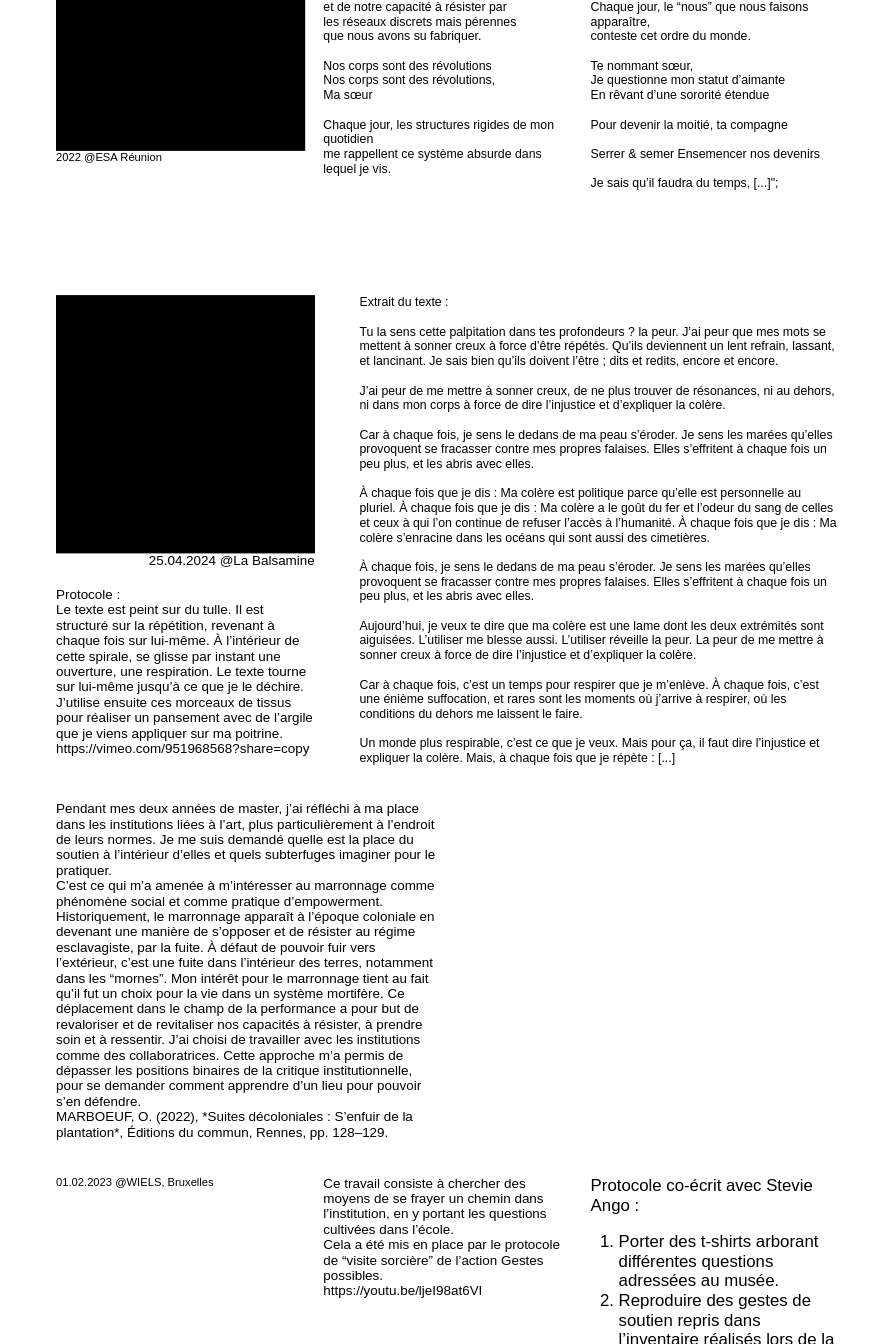
Repository: brunrhb/oce-p
Page: index.html
The author's editor kept a copy of each file at every save. The page is drawn from the files as they stood at one save, then again after the next save.
The browser window is 1280 px wide. The pictures show the part of the page from y = 1392 to 3312 px (the page is 4769 px tall), at 70% of full size.

Above is the page before, as saved 2025-06-14 17:37:42.

### index.html
<!DOCTYPE html>
<html lang="fr">
<head>
  <meta charset="UTF-8">
  <meta name="viewport" content="width=device-width, initial-scale=1.0">
  <title>Grid 3 colonnes avec placeholders</title>
  <link rel="stylesheet" href="styles.css">
  <script defer src="content.js"></script>
</head>
<body>

<div class="allproject">

<section PROJET 1 LIASONS VEGETALES>

  <div class="p1">
    <div class="grid-p1s1" id="partie1">

<div class="col-p1s1-1">
  <div class="media-block-p1s1">
    <div class="placeholder-p1s1"></div>
    <p class="credit" data-content="p1s1-credit1"></p>
  </div>

  <div class="media-block-p1s1">
    <div class="placeholder-p1s1"></div>
    <p class="credit" data-content="p1s1-credit2"></p>
  </div>
</div>

    <div class="col-p1s1-2">
      <div class="media-block-p1s1">
        <div class="placeholder-p1s1"></div>
        <p class="credit" data-content="p1s1-credit3"></p>
      </div>
      <div class="media-block-p1s1">
        <div class="placeholder-p1s1"></div>
        <p class="credit" data-content="p1s1-credit4"></p>
      </div>
    </div>

    <div class="col-p1s1-3">
      <div class="media-block-p1s1">
        <div class="placeholder-p1s1"></div>
        <p class="credit" data-content="p1s1-credit5"></p>
      </div>
     <div class="text-block-p1s1">
       <p class="protocole-titre" data-content="p1s1-protocole-titre"></p>
       <p class="protocole-corps" data-content="p1s1-protocole-corps"></p>
    </div>

  </div>

    </div>
    <div class="grid-p1s2" id="partie2">

  <div class="col-p1s2-1">
    <div class="media-block-p1s2-1">
    <div class="placeholder-p1s1"></div>
      <div class="media-block-p1s2-2">
      <div class="placeholder-p1s1"></div>
      <p class="credit" data-content="p1s2-credit"></p>
    </div>
    </div>
  </div>

  <div class="col-p1s2-2">
      <div class="text-block-p1s2">
        <p class="extrait" data-content="p1s2-extrait1"></p>
      </div>
  </div>

  <div class="col-p1s2-3">
      <div class="text-block-p1s2">
        <p class="extrait" data-content="p1s2-extrait2"></p>
      </div>

  </div>



    </div>
  </div>

</section>

<section PROJET 2 PAENSER>

  <div class="p2">
    <div class="grid-p2">

       <div class="col-p2-1">
        <div class="media-block-p2">
          <div class="placeholder-p2"></div>
          <div class="credit-p2" data-content="p2-credit"></div>
        </div>
        <div class="text-block-p2">
          <div class="protocole-titre-p2" data-content="p2-protocole-titre"> </div>
          <div class="protocole-corps-p2" data-content="p2-protocole-corps"> </div>
          <div class="lien-p2" data-content="p2-lien"> </div>
        </div>
       </div>

       <div class="col-p2-2">
          <div class="extrait" data-content="p2-extrait"></div>
       </div>



    </div>
  </div>

</section>

<section RPOJET 3 DES NORMES AUX MORNES : MARRONNER EN SOI>

  <div class="p3">
    <div class="grid-p3">
      <div class="col-p3-1">
        <div class="text-block-p3-1">
          <div class="intro" data-content="p3-intro"></div>
          <div class="autre-corps" data-content="p3-autre-corps-1"> </div>
          <div class="biblio" data-content="p3-biblio"> </div>
        </div>
      </div>

      <div class="col-p3-2">
        <div class="text-block-p3-2">
          <div class="autre-corps" data-content="p3-autre-corps-1"> </div>
          <div class="media-block-p3">
            <div class="placeholder-p3"></div>
            <div class="placeholder-p3"></div>
          </div>

        </div>
      </div>

    </div>
  </div>



</section>

<section PROJET 4 GESTES POSSIBLEs>

<div class="p4">

<div class="grid-p4">

  <div class="col-p4-1">
    <div class="media-block-p4-1">
      <div class="credit" data-content="p4-credit"></div>
      <div class="placeholder-p4-1"></div>
    </div>
  </div>


  <div class="col-p4-2">
    <div class="placeholder-p4-2"></div>
    <div class="text-block-p4-1">
      <div class="intro" data-content="p4-intro"></div>
      <div class="autre-corps" data-content="p4-autre-corps-1"></div>
      <div class="lien" data-content="p4-lien"></div>
    </div>

  </div>


  <div class="col-p4-3">
    <div class="text-block-p4-2">
      <div class="protocole-titre" data-content="p4-protocole-titre"></div>
    </div>
  </div>

</div>

</div>

</section>

<section PROJET 5 LES MARGES FORCÉES>

  <div class="p5">
    <div class="grid-p5">

      <div class="col-p5-1">
        <div class="media-block-p5">
          <div class="placeholder-p5"></div>
          <div class="credit" data-content="p5-credit"></div>
        </div>
        <div class="text-block-p5-1">
        <div class="intro" data-content="p5-intro"></div>
        <div class="autre-corps" data-content="p5-autre-corps-1"></div>
        <div class="lien" data-content="p5-lien"></div>
        </div>
      </div>

      <div class="col-p5-2">
        <div class="extrait" data-content="p5-extrait"></div>
      </div>

    </div>
  </div>

</section>

<section PROJET 6 HIER C'EST DÉJÀ DEMAIN>

<div class="p6">
<div class="grid-p6">

  <div class="col-p6-1">
    <div class="media-block-p6-1">
      <div class="placeholder-p6-1"></div>
      <div class="credit" data-content="p6-credit-1"></div>
    </div>

    <div class="col-p6-2">
      <div class="autre-corps" data-content="p6-autre-corps-1"></div>
      <div class="text-block-p6-1">
        <div class="autre-corps" data-content="p6-autre-corps-2"></div>
        <div class="media-block-p6-2">
          <div class="placeholder-p6-2"></div>
          <div class="credit" data-content="p6-credit-2"></div>
        </div>
      </div>

    </div>

  </div>

</div>

</div>

</section>

<section PROJET 7 NOUS SOMMES LE PAYSAGE >

<div class="p7">

  <div class="grid-p7s1" id="partie1">

    <div class="col-p7s1">
      <div class="media-block-p7s1">
        <div class="placeholder-p7s1"></div>
        <div class="placeholder-p7s1"></div>
        <div class="placeholder-p7s1"></div>
        <div class="credit" data-content="p7s1-credit"></div>
      </div>

          <div class="col-p7s1">
        <div class="placeholder-p7s1"></div>
        <div class="placeholder-p7s1"></div>
        <div class="placeholder-p7s1"></div>
    </div>

              <div class="col-p7s1">
        <div class="placeholder-p7s1"></div>
        <div class="placeholder-p7s1"></div>
        <div class="placeholder-p7s1"></div>
    </div>

    <div class="grid-p7s2" id="partie2">

      <div class="row-p7s2-1">
        <div class="placeholder-p7s2"></div>
        <div class="placeholder-p7s2"></div>
        <div class="placeholder-p7s2"></div>
        <div class="media-block-p7s2">
          <div class="placeholder-p7s2"></div>
          <div class="credit" data-content="p7s2-credit-1"></div>
        </div>

      <div class="row-p7s2-2">
        <div class="text-block-p7s2-1">
          <div class="extrait" data-content="p7s2-extrait1"></div>
          <div class="credit" data-content="p7s2-credit-2"></div>
        </div>
        <div class="text-block-p7s2-2">
          <div class="extrait" data-content="p7s2-extrait2"></div>
        </div>
        <div class="text-block-p7s2-3">
          <div class="trait"></div>
          <div class="protocole-titre" data-content="p7s2-protocole-titre"></div>
          <div class="protocole-corps" data-content="p7s2-protocole-corps"></div>
        </div>
      </div>


      </div>
    </div>

  </div>

</div>

</section>

<section PROJET 8 NYAZE>

<div class="p8">

<div class="grid-p8">

  <div class="col-p8-1">
    <div class="text-block-p8">
      <div class="extrait" data-content="p8-extrait"></div>
      <div class="trait"></div>
      <div class="protocole-titre" data-content="p8-protocole-titre"></div>
      <div class="protocole-corps" data-content="p8-protocole-corps"></div>
    </div>
  </div>

  <div class="col-p8-2">
    <div class="media-block-p8">
      <div class="placeholder-p8"></div>
      <div class="credit" data-content="p8-credit"></div>
    </div>
  </div>

</div>

</div>

</section>

 </div>

</body>
</html>

### styles.css
body {
  margin: 0;
  font-family: sans-serif;
  font-size: clamp(0.9rem, 1.5vw, 1.2rem);
}

.allproject {
  display: flex;
  flex-direction: column;
  justify-content: flex-start;
  gap: 4vw;
}


/* #region PROJET1 LIASONS VEGETALES */
.p1 {
  display: flex;
  flex-direction: column;
  justify-content: flex-start;
  gap: 4vw;
}


/* #region slide1 */

/* 1 grille et colonnes */
.grid-p1s1 {
  display: grid;
  grid-template-columns: 1fr 1fr 1fr;
  padding-top: 5rem;
  padding-left: 5rem;
  padding-right: 5rem;
  column-gap: 2vw;
}

.col-p1s1-1 {
  display: flex;
  flex-direction: column;
  justify-content: flex-start;
  gap: 2vw;
  background-color: crimson;
}

.col-p1s1-2 {
  display: flex;
  flex-direction: column;
  justify-content: flex-start;
  gap: 2vw;
  background-color: royalblue;
}

.col-p1s1-3 {
  display: flex;
  flex-direction: column;
  justify-content: flex-start;
  gap: 2vw;
  background-color: seagreen;
}


/* 2 blocks et elements */
.media-block-p1s1 {
  display: block;
  width: 100%;
}

.placeholder-p1s1 {
  aspect-ratio: 1 / 1;
  width: 100%;
  background-color: black;
}

.credit {
  position: absolute;
  font-size: 1rem;
  line-height: 1.2;
  margin: 0;
  z-index: 10;
}

.text-block-p1s1 {
  display: flex;
  flex-direction: column;
  justify-content: flex-end;
  width: 100%;
  aspect-ratio: 1 / 1;
  background-color: white;
  padding: 0;
  margin: 0;
  gap: 0;
}

.protocole-titre {
  font-size: 1.5rem;
  margin: 0;
  padding: 0;
}

.protocole-corps {
  font-size: 1.1rem;
  margin: 0;
  padding: 0;
}

/* #endregion */


/* #region slide2 */

/* 1 grille et colonnes */
.grid-p1s2 {
  display: grid;
  grid-template-columns: 1fr 1fr 1fr;
  padding-bottom: 5rem;
  padding-left: 5rem;
  padding-right: 5rem;
  column-gap: 2vw;
}

.col-p1s2-1 {
  display: flex;
  flex-direction: column;
  justify-content: flex-start;
  gap: 20vw;
}

.col-p1s2-2 {
  display: flex;
}

.col-p1s2-3 {
  display: flex;
}


/* 2 blocks et elements */
.media-block-p1s2-1 {
  display: flex;
  flex-direction: column;
  gap: 2vw;
  position: relative;
  width: 100%;
}

.media-block-p1s2-2 {
  display: block;
  position: relative;
  width: 100%;
}

.text-block-p1s2 {
  gap: 0;
}

.extrait {
  font-size: 1.1rem;
}

/* #endregion */

/* #endregion */


/* #region P2 PAENSER */


.p2 {
  display: flex;
  flex-direction: column;
  justify-content: flex-start;
}

/* 1 grille et colonnes */
.grid-p2 {
  display: grid;
  grid-template-columns: 0.7fr 1.3fr;
  padding-left: 5rem;
  padding-right: 5rem;
  column-gap: 5vw;
}
.col-p2-1 {
  display: flex;
  flex-direction: column;
  justify-content: flex-start;
  gap: 2vw;
}
.col-p2-2 {
  display: flex;
  flex-direction: column;
  justify-content: flex-start;
  gap: 2vw;
}

/* 2 blocks et elements */
.media-block-p2 {
  display: block;
  width: 100%;

}
.placeholder-p2 {
  aspect-ratio: 1 / 1;
  width: 100%;
  background-color: black;
}
.credit-p2 {
  text-align: right;
  margin: top 0.5rem;
   margin-left: auto;
}
.text-block-p2 {
}
.protocole-titre-p2 {
   margin-left: auto;
}
.protocole-corps-p2 {
   margin-left: auto;
}
.lien-p2 {
   margin-left: auto;
}
.extrait {
}

/* #endregion */


/* #region P3 DES NORMES AUX MORNES : MARRONNER EN SOI. */

/* 1 grille et colonnes */
.grid-p3 {
  display: grid;
  grid-template-columns: 1fr 1fr;
  padding-left: 5rem;
  padding-right: 5rem;
  column-gap: 2vw;
}
.col-p3-1 {
}
.col-p3-2 {
}

/* 2 blocks et elements */
.text-block-p3-1 {
}
.text-block-p3-2 {
}
.intro {
}
.autre-corps {
}
.biblio {
}
.media-block-p3 {
}
.placeholder-p3 {
}

/* #endregion */


/* #region P4 ECOLE COMME CAISSE D RESONNANCE */

/* 1 grille et colonnes */
.grid-p4 {
  display: grid;
  grid-template-columns: 1fr 1fr 1fr;

  padding-left: 5rem;
  padding-right: 5rem;
  column-gap: 2vw;
}

.col-p4-1 {
}
.col-p4-2 {
}
.col-p4-3 {
}

/* 2 blocks et elements */
.media-block-p4-1 {
}
.placeholder-p4-1 {
}
.placeholder-p4-2 {
}
.credit {
}
.text-block-p4-1 {
}
.intro {
}
.autre-corps {
}
.lien {
}
.text-block-p4-2 {
}
.protocole-titre {
}

/* #endregion */


/* #region P5 GESTES POSSIBLES */

/* 1 grille et colonnes */
.grid-p5 {
  display: grid;
  grid-template-columns: 0.3fr 0.7fr 1fr;
  padding-left: 5rem;
  padding-right: 5rem;
  column-gap: 2vw;
}

.col-p5-1 {
}
.col-p5-2 {
}

/* 2 blocks et elements */
.media-block-p5 {
}
.placeholder-p5 {
}
.credit {
}
.text-block-p5-1 {
}
.intro {
}
.autre-corps {
}
.lien {
}
.extrait {
}

/* #endregion */


/* #region P6 LES MARGES FORCÉES */

/* 1 grille et colonnes */
.grid-p6 {
}
.col-p6-1 {
}
.col-p6-2 {
}

/* 2 blocks et elements */
.media-block-p6-1 {
}
.placeholder-p6-1 {
}
.credit {
}
.autre-corps {
}
.text-block-p6-1 {
}
.media-block-p6-2 {
}
.placeholder-p6-2 {
}

/* #endregion */

/* #region P7  */
/* #region P7S1 */

/* 1 grille et colonnes */
.grid-p7s1 {
}
.col-p7s1 {
}

/* 2 blocks et elements */
.media-block-p7s1 {
}
.placeholder-p7s1 {
}
.credit {
}

/* #endregion */


/* #region P7S2 */

/* 1 grille et colonnes */
.grid-p7s2 {
}
.row-p7s2-1 {
}
.row-p7s2-2 {
}

/* 2 blocks et elements */
.placeholder-p7s2 {
}
.media-block-p7s2 {
}
.credit {
}
.text-block-p7s2-1 {
}
.extrait {
}
.text-block-p7s2-2 {
}
.text-block-p7s2-3 {
}
.trait {
}
.protocole-titre {
}
.protocole-corps {
}

/* #endregion */
/* #endregion */


/* #region P8 */

/* 1 grille et colonnes */
.grid-p8 {
}
.col-p8-1 {
}
.col-p8-2 {
}

/* 2 blocks et elements */
.text-block-p8 {
}
.extrait {
}
.trait {
}
.protocole-titre {
}
.protocole-corps {
}
.media-block-p8 {
}
.placeholder-p8 {
}
.credit {
}

/* #endregion */

Loaded but not shown: content.js (174 lines, source omitted)

After the next save:
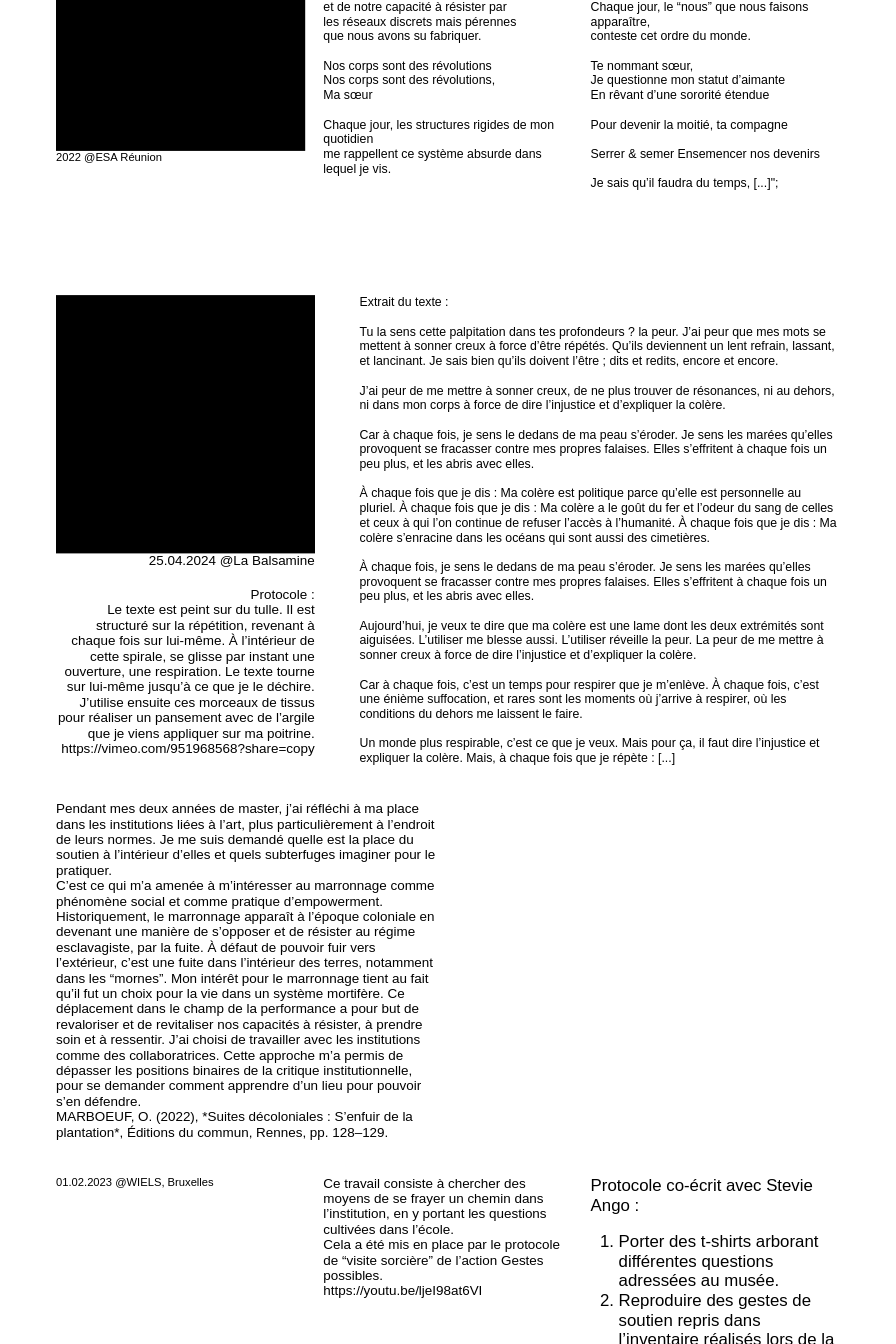
Saved 5 min 17 s later.
--- a/styles.css
+++ b/styles.css
@@ -208,15 +208,14 @@ body {
    margin-left: auto;
 }
 .text-block-p2 {
-}
-.protocole-titre-p2 {
-   margin-left: auto;
-}
-.protocole-corps-p2 {
-   margin-left: auto;
-}
+  text-align: right;  /* Aligne tout le texte à droite */
+}
+
+/* Si besoin de contrôle plus fin sur certains éléments */
+.protocole-titre-p2,
+.protocole-corps-p2,
 .lien-p2 {
-   margin-left: auto;
+  text-align: right;
 }
 .extrait {
 }
